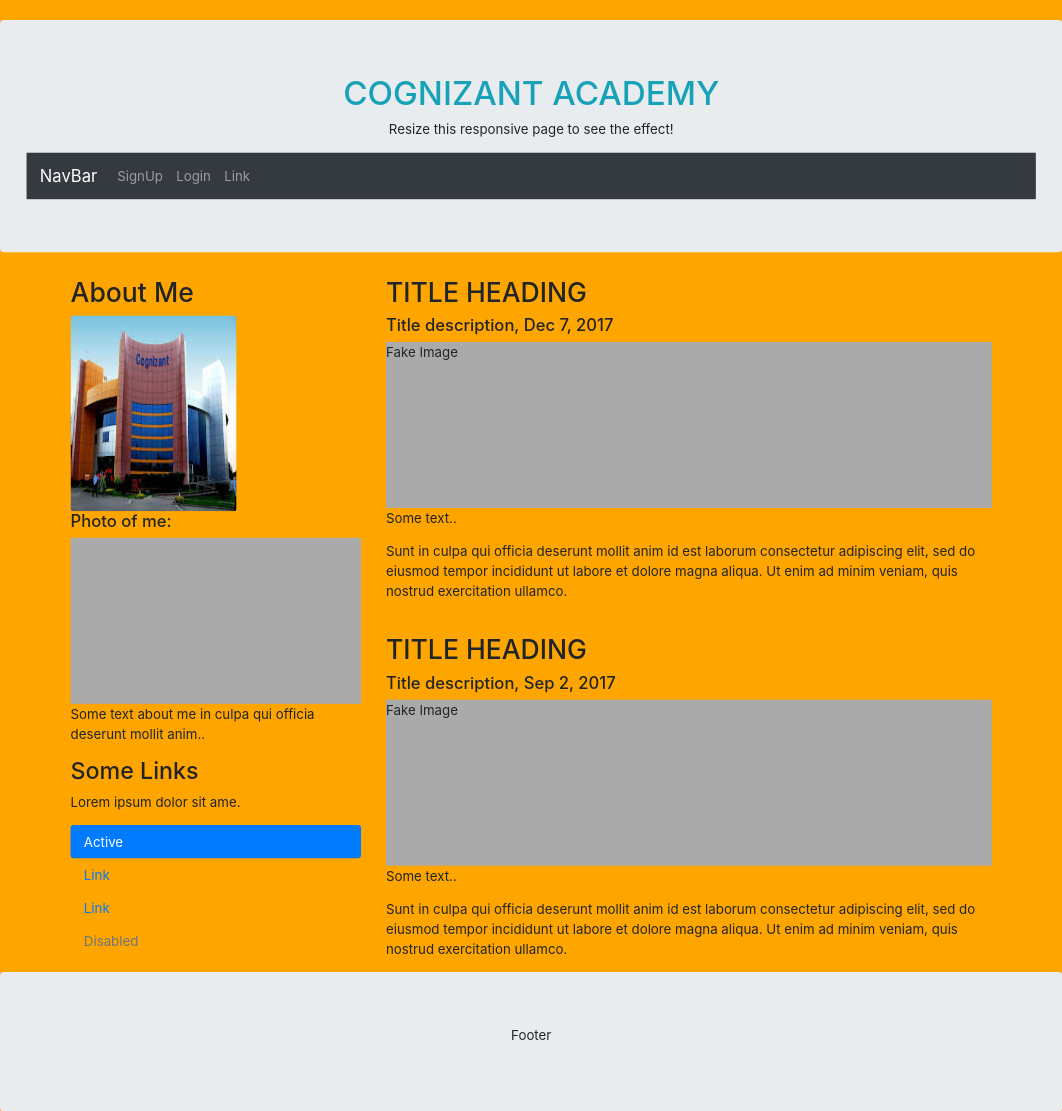
Repository: Ushaswee/cognizant1
Page: BootstrapPro/WebContent/Bootstrap/BsTemplate.html
These files come from the project's save history. The page is drawn as it stood at one moment and after the next save; the edit follows.
The browser window is 1280 px wide. The pictures show the whole page, at 83% of full size.

Above is the page before, as saved 2020-01-18 12:09:41.

### BootstrapPro/WebContent/Bootstrap/BsTemplate.html
<!DOCTYPE html>
<html lang="en">
<head>
  <title>Bootstrap 4 WebSite Example</title>
  <meta charset="utf-8">
  <meta name="viewport" content="width=device-width, initial-scale=1">
  <link rel="stylesheet" href="https://maxcdn.bootstrapcdn.com/bootstrap/4.4.1/css/bootstrap.min.css">
  <script src="https://ajax.googleapis.com/ajax/libs/jquery/3.4.1/jquery.min.js"></script>
  <script src="https://cdnjs.cloudflare.com/ajax/libs/popper.js/1.16.0/umd/popper.min.js"></script>
  <script src="https://maxcdn.bootstrapcdn.com/bootstrap/4.4.1/js/bootstrap.min.js"></script>
  <style>
  .fakeimg {
    height: 200px;
    background: #aaa;
  }
  body{
  background-color:orange;
    }
  </style>
</head>
<body>
​
<div class="jumbotron text-center" style="margin-bottom:0">
  <h1 class="text-info">COGNIZANT ACADEMY </h1>
  <p>Resize this responsive page to see the effect!</p>
<nav class="navbar navbar-expand-sm bg-dark navbar-dark">
  <a class="navbar-brand" href="#">NavBar</a>
  <button class="navbar-toggler" type="button" data-toggle="collapse" data-target="#collapsibleNavbar">
    <span class="navbar-toggler-icon"></span>
  </button>
  <div class="collapse navbar-collapse" id="collapsibleNavbar">
    <ul class="navbar-nav">
    <li class="nav-item">
        <a class="nav-link" href="#">SignUp</a>
      </li>
      <li class="nav-item">
        <a class="nav-link" href="#">Login</a>
      </li>
      <li class="nav-item">
        <a class="nav-link" href="#">Link</a>
      </li>
  </div>
</nav>
    </ul>
  </div>
</nav>

<div class="container" style="margin-top:30px">
  <div class="row">
    <div class="col-sm-4">
      <h2>About Me</h2>
      <img src="data:[embedded picture, 14939 characters]" class="rounded" width="200" height="236">
      <h5>Photo of me:</h5>
      <div class="fakeimg">

      </div>
      <p>Some text about me in culpa qui officia deserunt mollit anim..</p>
      <h3>Some Links</h3>
      <p>Lorem ipsum dolor sit ame.</p>
      <ul class="nav nav-pills flex-column">
        <li class="nav-item">
          <a class="nav-link active" href="#">Active</a>
        </li>
        <li class="nav-item">
          <a class="nav-link" href="#">Link</a>
        </li>
        <li class="nav-item">
          <a class="nav-link" href="#">Link</a>
        </li>
        <li class="nav-item">
          <a class="nav-link disabled" href="#">Disabled</a>
        </li>
      </ul>
      <hr class="d-sm-none">
    </div>
    <div class="col-sm-8">
      <h2>TITLE HEADING</h2>
      <h5>Title description, Dec 7, 2017</h5>
      <div class="fakeimg">Fake Image</div>
      <p>Some text..</p>
      <p>Sunt in culpa qui officia deserunt mollit anim id est laborum consectetur adipiscing elit, sed do eiusmod tempor incididunt ut labore et dolore magna aliqua. Ut enim ad minim veniam, quis nostrud exercitation ullamco.</p>
      <br>
      <h2>TITLE HEADING</h2>
      <h5>Title description, Sep 2, 2017</h5>
      <div class="fakeimg">Fake Image</div>
      <p>Some text..</p>
      <p>Sunt in culpa qui officia deserunt mollit anim id est laborum consectetur adipiscing elit, sed do eiusmod tempor incididunt ut labore et dolore magna aliqua. Ut enim ad minim veniam, quis nostrud exercitation ullamco.</p>
    </div>
  </div>
</div>

<div class="jumbotron text-center" style="margin-bottom:0">
  <p>Footer</p>
</div>

</body>
</html>

After the next save:
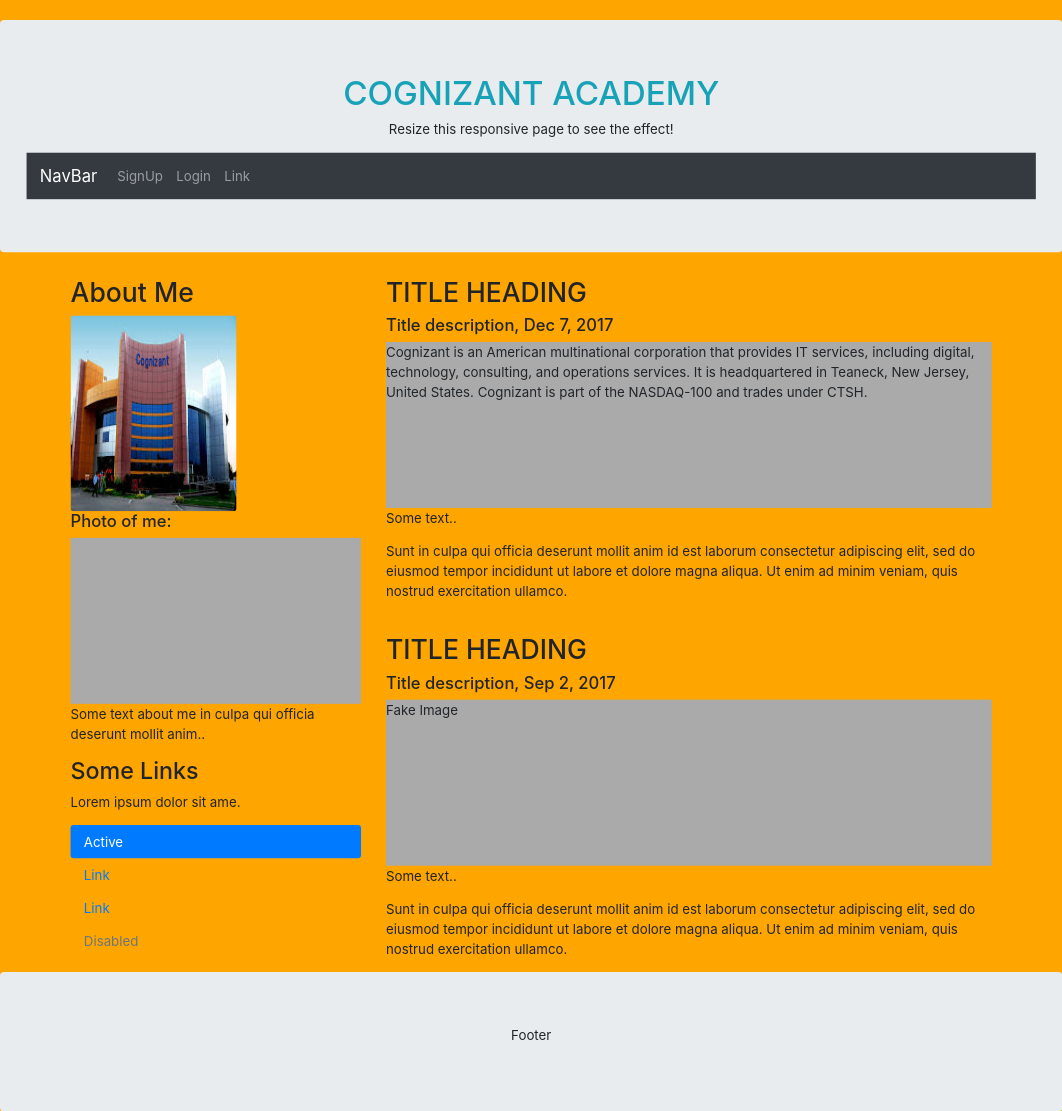
Saved 3 min 4 s later.
--- a/BootstrapPro/WebContent/Bootstrap/BsTemplate.html
+++ b/BootstrapPro/WebContent/Bootstrap/BsTemplate.html
@@ -76,7 +76,7 @@
     <div class="col-sm-8">
       <h2>TITLE HEADING</h2>
       <h5>Title description, Dec 7, 2017</h5>
-      <div class="fakeimg">Fake Image</div>
+      <div class="fakeimg">Cognizant is an American multinational corporation that provides IT services, including digital, technology, consulting, and operations services. It is headquartered in Teaneck, New Jersey, United States. Cognizant is part of the NASDAQ-100 and trades under CTSH.</div>
       <p>Some text..</p>
       <p>Sunt in culpa qui officia deserunt mollit anim id est laborum consectetur adipiscing elit, sed do eiusmod tempor incididunt ut labore et dolore magna aliqua. Ut enim ad minim veniam, quis nostrud exercitation ullamco.</p>
       <br>
